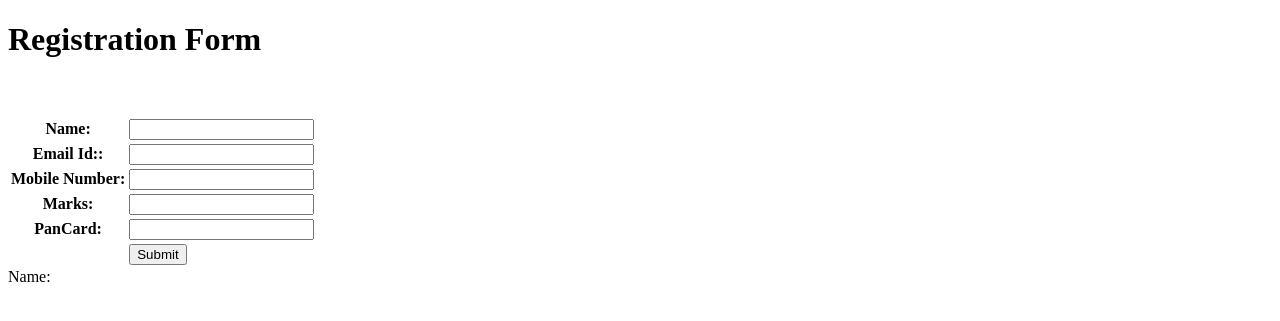
Repository: poojagupta18/Practice-Java
Page: http://localhost/MyOnlineInterviewProcess/RegistrationPortal.jsp
The author's editor kept a copy of each file at every save. The page is drawn from the files as they stood at one save, then again after the next save.
The browser window is 1280 px wide. The pictures show the whole page.
The page is served by Tomcat 9.

Above is the page before, as saved 2019-12-04 10:45:09.

### java Training/java/Online-Interview-Process/MyOnlineInterviewProcess/WebContent/RegistrationPortal.jsp
<%@ page language="java" contentType="text/html; charset=ISO-8859-1"
	pageEncoding="ISO-8859-1"%>
<!DOCTYPE html>
<html>
<head>
<meta charset="ISO-8859-1">
<title>Insert title here</title>
</head>
<body>
	<h1>Registration Form</h1>
	<br>
	<br>

	<form action="_______" method="post">
		<table>
			<tr>
				<th>Name:</th>
				<td><input type="text" name="studentName"></td>
			</tr>
			<tr>
				<th>Email Id::</th>
				<td> <input type="text" name="email"></td>
			</tr>
			<tr>
				<th>  Mobile Number:</th>
				<td> <input type="text" name="mobile"></td>
			</tr>
			<tr>
				<th>Marks:</th>
				<td> <input type="text" name="marks"></td>
			</tr>
			<tr>
				<th> PanCard:</th>
				<td> <input type="text" name="pancard"></td>
			</tr>
			<tr>
			<th>
			</th><td><input type="submit" value="Submit">
			</td>

			</tr>

		</table>
		Name:

	</form>
</body>
</html>

After the next save:
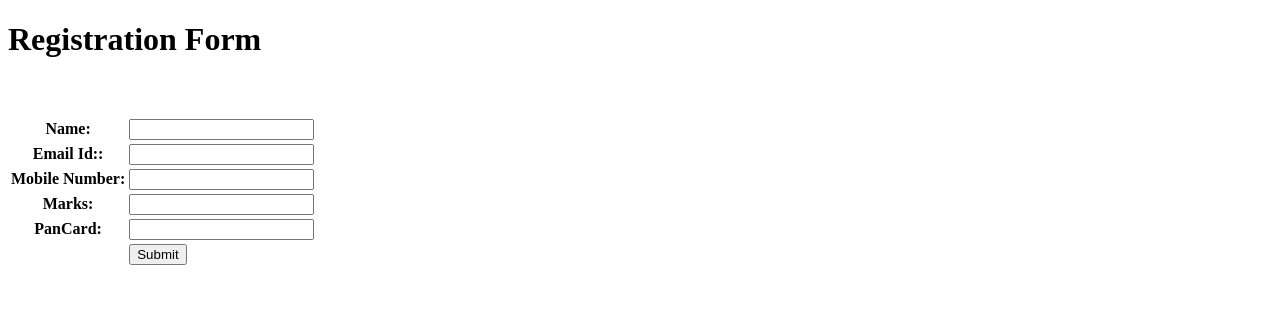
Saved 16 s later.
--- a/java Training/java/Online-Interview-Process/MyOnlineInterviewProcess/WebContent/RegistrationPortal.jsp
+++ b/java Training/java/Online-Interview-Process/MyOnlineInterviewProcess/WebContent/RegistrationPortal.jsp
@@ -39,10 +39,7 @@
 			</td>
 
 			</tr>
-
 		</table>
-		Name:
-
 	</form>
 </body>
 </html>
